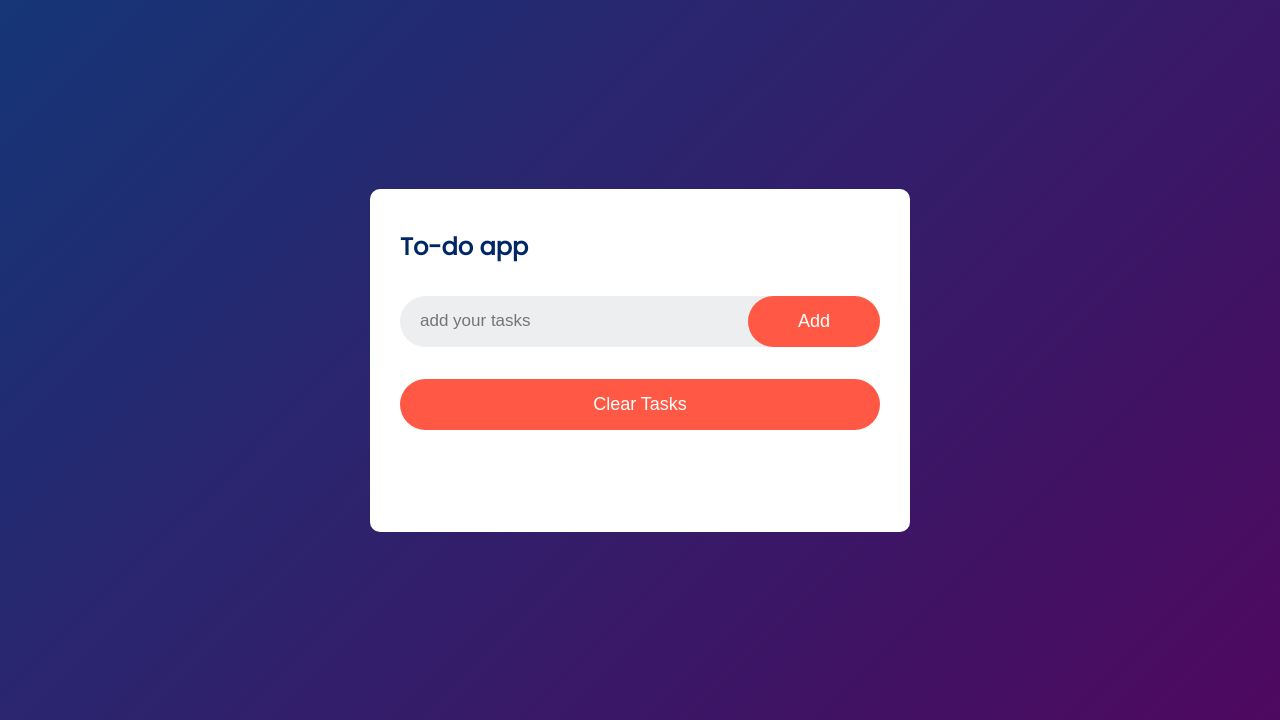
Repository: samoshi/To-do
Page: http://localhost/
The author's editor kept a copy of each file at every save. The page is drawn from the files as they stood at one save, then again after the next save.
The browser window is 1280 px wide. The pictures show the whole page.
The page is served by the project's application, run on Flask 3 (app/app.py). Queries for data that is not in the repository find no rows.

Above is the page before, as saved 2024-01-14 16:17:16.

### app/templates/index.html
<!DOCTYPE html>
<html lang="en">

<head>
    <meta charset="UTF-8">
    <meta name="viewport" content="width=device-width, initial-scale=1.0">
    <title>To-Do list</title>
    <link rel="stylesheet" href="{{ url_for('static', filename='style.css') }}" />
    <script src="https://code.jquery.com/jquery-3.6.4.min.js"></script>
    <script src="{{ url_for('static', filename='script.js') }}"></script>
</head>

<body>
    <div class="container">
        <div class="todo-app">
            <div class="app-title">
                <h2>To-do app</h2>
                <i class="fa-solid fa-book-bookmark"></i>
            </div>
            <form action="/add_task" method="post">
                <div class="row">
                    <input type="text" name="title" id="input-box" placeholder="add your tasks" required>
                    <button id="addBtn">Add</button>
                </div>
            </form>
            <button onclick="clearTasks()">Clear Tasks</button>
            <ul id="list-container">
                {% for task in task_list %}
                    {% if task.complete == False %}
                        <a href="/complete/{{ task.id }}">
                            <li class="incomplete" onclick="toggleChecked(this)">
                                {{ task.title }}
                                <a class="remove" href="/remove/{{ task.id }}">X</a>
                            </li>
                        </a>
                    {% else %}
                        <a href="/incomplete/{{ task.id }}">
                            <li class="completed">
                                {{ task.title }}
                                <a class="remove" href="/remove/{{ task.id }}">X</a>
                            </li>
                        </a>
                    {% endif %}
                {% endfor %}
            </ul>

        </div>
    </div>
    <script src="{{ url_for('static', filename='script.js') }}"></script>
</body>

</html>

### app/app.py
from flask import Flask, render_template, request, redirect, url_for, jsonify
from flask_sqlalchemy import SQLAlchemy

app = Flask(__name__)

app.config['SQLALCHEMY_DATABASE_URI'] = 'sqlite:///db.sqlite'
app.config['SQLALCHEMY_TRACK_MODIFICATIONS'] = False
db = SQLAlchemy(app)

class Task(db.Model):
    id = db.Column(db.Integer, primary_key=True)
    title = db.Column(db.String(100))
    complete = db.Column(db.Boolean)

# def save_tasks():
#     with open("tasks.json", "w") as file:
#         json.dump(tasks, file)


# # Load tasks from a file
# def load_tasks():
#     try:
#         with open("tasks.json", "r") as file:
#             lines = file.readlines()
#             tasks = []
#             for line in lines:
#                 parts = line.split(":")
#                 if len(parts) == 2:
#                     description, completed_str = parts
#                     completed = eval(completed_str)
#                     tasks.append({"description": description, "completed": completed})
#             return tasks
#     except FileNotFoundError:
#         return []  # Return an empty list if the file doesn't exist
#     except json.decoder.JSONDecodeError:
#         return []  # Return an empty list if there's an issue decoding JSON

# # Initialize tasks
# tasks = load_tasks()

@app.route('/')
def index():
    task_list = Task.query.all()
    return render_template('index.html', task_list=task_list)

@app.route('/add_task', methods=['POST'])
def add_task():
    title = request.form.get("title")
    new_task = Task(title=title, complete=False)
    db.session.add(new_task)
    db.session.commit()
    return redirect(url_for("index"))

@app.route("/update/<int:task_id>")
def update_task(task_id):
    task = Task.query.filter_by(id=task_id).first()
    task.complete = not task.complete
    db.session.commit()
    return redirect(url_for("index"))

@app.route('/complete/<int:task_id>')
def complete_task(task_id):
    task = Task.query.filter_by(id=task_id).first()
    task.complete = not task.complete
    db.session.commit()
    return redirect(url_for('index'))

# @app.route('/incomplete/<int:task_id>')
# def incomplete_task(task_id):
#     task = Task.query.filter_by(id=task_id).first()
#     task.complete = task.complete
#     db.session.commit()
#     return redirect(url_for('index'))

@app.route('/remove/<int:task_id>')
def remove_task(task_id):
    task = Task.query.filter_by(id=task_id).first()
    db.session.delete(task)
    db.session.commit()
    return redirect(url_for('index'))

@app.route('/clear_tasks')
def clear_tasks():
    db.session.query(Task).delete()
    db.session.commit()
    return redirect(url_for('index'))


if __name__ == '__main__':
    db.create_all()
    app.run(host='0.0.0.0', port=5000, debug=True)

### app/static/style.css
@import url('https://fonts.googleapis.com/css2?family=Poppins&display=swap');


*, *:before, *:after{
    margin: 0;
    padding: 0;
    box-sizing: border-box;
}
body{
    font-family: 'Poppins', sans-serif;
}
.container{
    width: 100%;
    min-height: 100vh;
    background: linear-gradient(135deg, #153677, #4e085f);
    padding: 10px;
    display: flex;
    justify-content: center;
    align-items: center;
}
.todo-app{
    width: 100%;
    max-width: 540px;
    background-color: #fff;
    padding: 40px 30px 70px;
    border-radius: 10px;
    display: flex;
    flex-direction: column;
    align-items: left;
    gap: 2rem;
}
.app-title{
    display: flex;
    gap: 1rem;
    align-items: center;
}
.app-title h2, .app-title i{
    color: #002765;
}
.app-title i{
    font-size: 26px;
}
.row{
    display: flex;
    align-items: center;
    justify-content: space-between;
    background-color: #edeef0;
    border-radius: 30px;
}
input{
    width: 100%;
    border: none;
    outline: none;
    background-color: transparent;
    padding: 12px;
    font-size: 17px;
    padding-left: 20px;
}
button{
    border: none;
    cursor: pointer;
    outline: none;
    padding: 15px 50px;
    border-radius: 30px;
    background-color: #ff5945;
    color: #fff;
    font-size: 18px;
    transition: all .25s ease;
}
button:hover{
    filter: brightness(.8);
}

@media screen and (max-width: 400px) {
    button{
        padding: 15px;
        border-radius: 0 30px 30px 0;
    }
}

ul li {
    font-size: 17px;
    padding: 12px 8px 12px 50px;
    margin-top: 5px;
    user-select: none;
    cursor: pointer;
    position: relative;
    transition: background-color 0.2s ease;
    list-style-type: none;
}

ul li.incomplete::before {
    position: absolute;
    content: '';
    width: 24px;
    height: 24px;
    border-radius: 50%;
    left: 0;
    border: 2px solid #ff5945;
    transition: background-color 0.2s ease;
}

ul li.completed::before {
    position: absolute;
    content: '\2713'; /* Checkmark Unicode character */
    width: 24px;
    height: 24px;
    font-size: 18px; /* Adjust the font size as needed */
    border-radius: 50%;
    left: 0;
    line-height: 24px; /* Center the checkmark vertically */
    text-align: center; /* Center the checkmark horizontally */
    transition: background-color 0.2s ease;
}

ul li.completed {
    position: relative;
    background-color: rgba(144, 238, 144, 0.2)
}

ul li.completed:after {
    content: 'X'; /* Display an X */
    position: absolute;
    top: 50%;
    left: 50%;
    transform: translate(-50%, -50%);
    font-size: 3em; /* Adjust the font size as needed */
    color: rgba(255, 255, 255, 0.5); /* White with transparency */
    opacity: 0; /* Initially hidden */
    transition: opacity 0.2s ease;
}

ul li.completed:hover {
    background-color: #ff5945;
}

ul li.completed:hover:after {
    opacity: 1; /* Show the X on hover */
}



ul li span {
    position: absolute;
    right: 0;
    top: 50%;
    transform: translateY(-50%);
    width: 30px;
    height: 30px;
    border-radius: 50%;
    display: flex;
    justify-content: center;
    align-items: center;
    color: #555;
    font-size: 18px;
    transition: background-color 0.2s ease, color 0.2s ease;
}

ul li:hover {
    background-color: rgba(144, 238, 144, 0.2); /* Light green with transparency */
}

ul li:hover::before {
    background-color: rgba(255, 255, 255, 0.5); /* White with transparency */
}

ul li:hover span {
    background-color: #ff5945; /* Red */
    color: #fff;
}

li.completed input[type="checkbox"] {
    /* Your styles or manipulations here */
    /* For example, change the checkbox color */
    background-color: #00ff00; /* Green color as an example */
  }


span:hover{
    background-color: #c9c9c9;
    color: #fff;
}

### app/static/script.js
// // ...

// document.addEventListener("DOMContentLoaded", function () {
//     const inputBox = document.getElementById("input-box");
//     const button = document.querySelector("button");
//     const list = document.getElementById("list-container");

//     list.addEventListener("click", (e) => {
//         if (e.target.tagName === "LI") {
//             e.target.classList.toggle("checked");
//             saveData();
//         } else if (e.target.tagName === "SPAN") {
//             e.target.parentElement.remove();
//             saveData();
//         }
//     });

//     button.addEventListener("click", function () {
//         if (inputBox.value.trim() !== '') {
//             addTask(inputBox.value);
//         } else {
//             alert("Please enter a non-empty task.");
//         }
//     });

//     function addTask(description) {
//         // Make an AJAX request to the Flask server's /add_task route
//         fetch("/add_task", {
//             method: "POST",
//             headers: {
//                 "Content-Type": "application/json",
//             },
//             body: JSON.stringify({ description: description }),
//         })
//             .then(response => response.json())
//             .then(data => console.log(data))
//             .catch(error => console.error("Error:", error));
//     }

//     function showTask() {
//         // Fetch tasks from the Flask server's /tasks route
//         fetch("/tasks")
//             .then(response => response.json())
//             .then(tasks => {
//                 list.innerHTML = ""; // Clear the visible list
//                 tasks.forEach(task => {
//                     let li = document.createElement("li");
//                     li.innerHTML = task.description;
//                     if (task.completed) {
//                         li.classList.add("checked");
//                     }
//                     list.appendChild(li);
//                     let span = document.createElement("span");
//                     span.innerHTML = "x";
//                     li.appendChild(span);
//                 });
//             })
//             .catch(error => console.error("Error:", error));
//     }

//     window.addEventListener("load", showTask);

//     // Clear Tasks function
//     window.clearTasks = function () {
//         localStorage.removeItem("data");
//         list.innerHTML = ""; // Clear the tasks from the visible list
//     };
// });

After the next save:
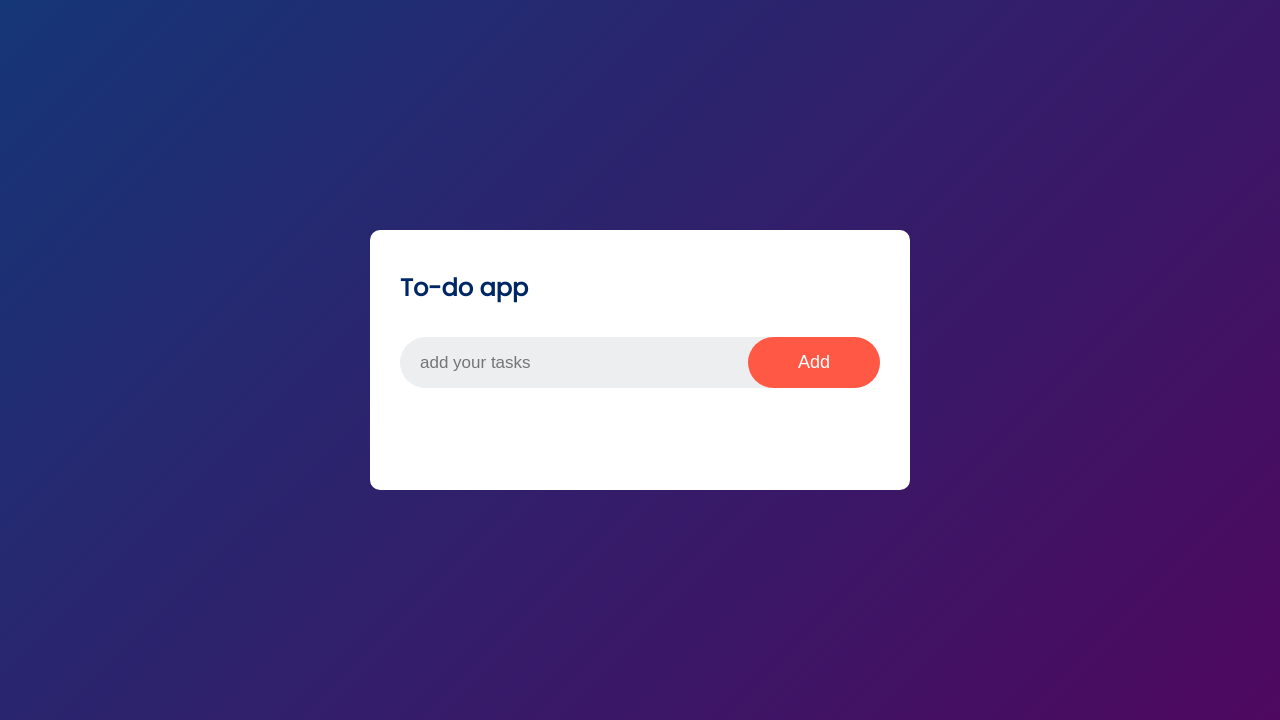
Saved 29 s later.
--- a/app/templates/index.html
+++ b/app/templates/index.html
@@ -23,7 +23,7 @@
                     <button id="addBtn">Add</button>
                 </div>
             </form>
-            <button onclick="clearTasks()">Clear Tasks</button>
+            <!-- <button onclick="clearTasks()">Clear Tasks</button> -->
             <ul id="list-container">
                 {% for task in task_list %}
                     {% if task.complete == False %}

After the 2 saves that followed:
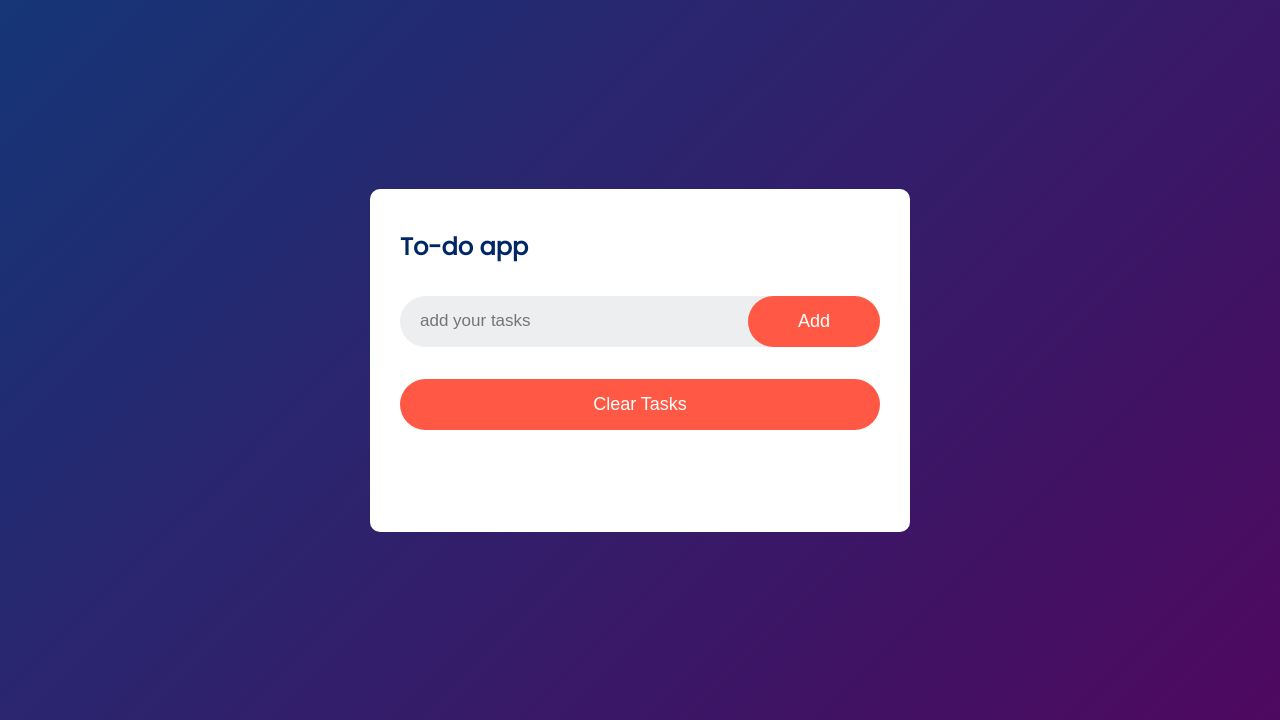
The 2 saves are shown as one change because 1 left the picture as it was.
The last was saved 28 s later.
--- a/app/templates/index.html
+++ b/app/templates/index.html
@@ -23,7 +23,7 @@
                     <button id="addBtn">Add</button>
                 </div>
             </form>
-            <!-- <button onclick="clearTasks()">Clear Tasks</button> -->
+            <button onclick="clearTasks()">Clear Tasks</button>
             <ul id="list-container">
                 {% for task in task_list %}
                     {% if task.complete == False %}
@@ -34,12 +34,10 @@
                             </li>
                         </a>
                     {% else %}
-                        <a href="/incomplete/{{ task.id }}">
                             <li class="completed">
                                 {{ task.title }}
                                 <a class="remove" href="/remove/{{ task.id }}">X</a>
                             </li>
-                        </a>
                     {% endif %}
                 {% endfor %}
             </ul>
